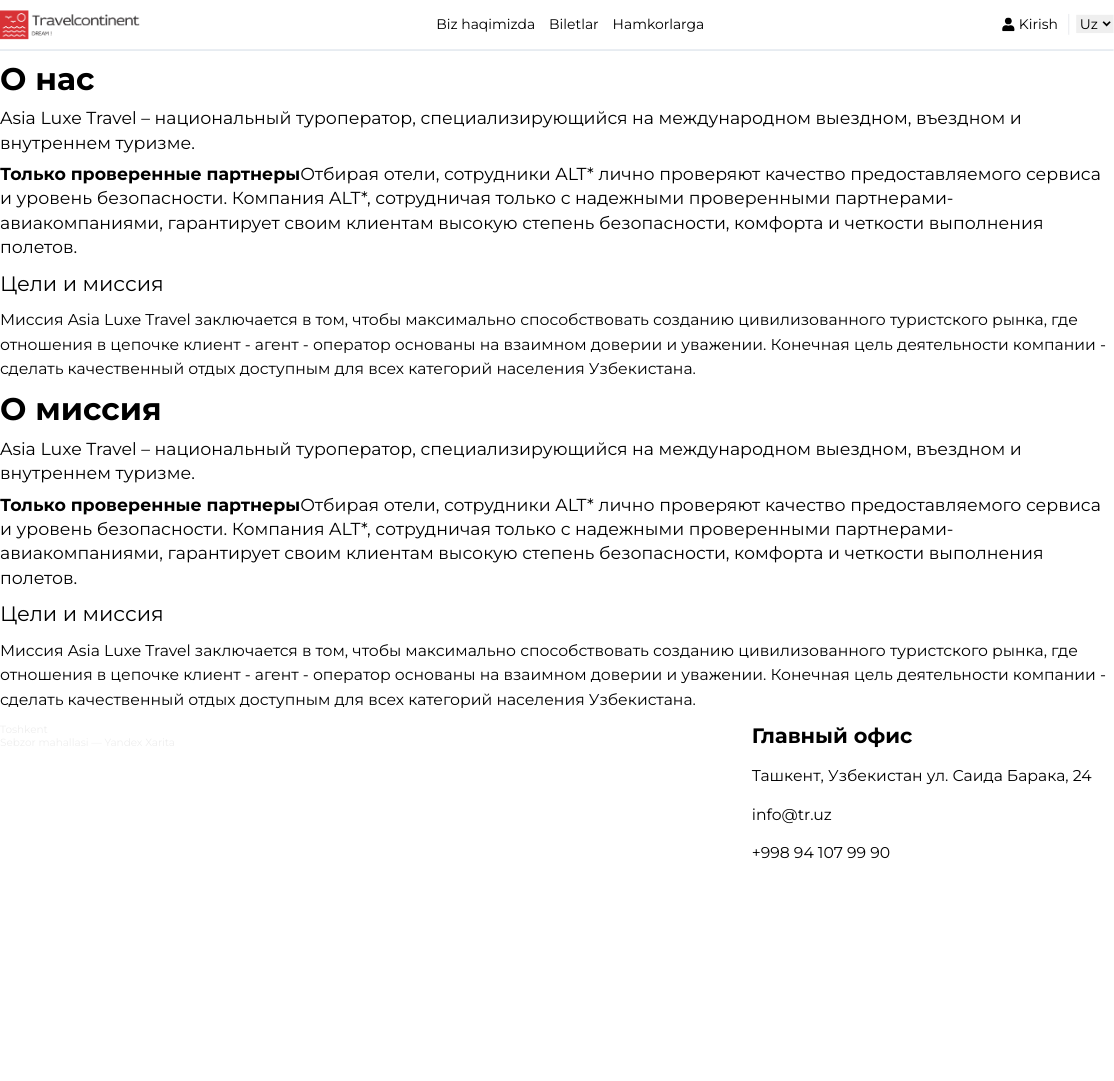
Repository: ziyodbek0300/avia-sales_
Page: /about-us
These files come from the project's save history. The page is drawn as it stood at one moment and after the next save; the edit follows.
The browser window is 1280 px wide. The pictures show the whole page, at 87% of full size.
The project was rebuilt for these pictures with package versions that can differ from the ones it lists, and the page was loaded fresh each time. Also part of the build but not shown: src/containers/home/Home.jsx.

Above is the page before, as saved 2022-06-04 00:53:44.

After the next save:
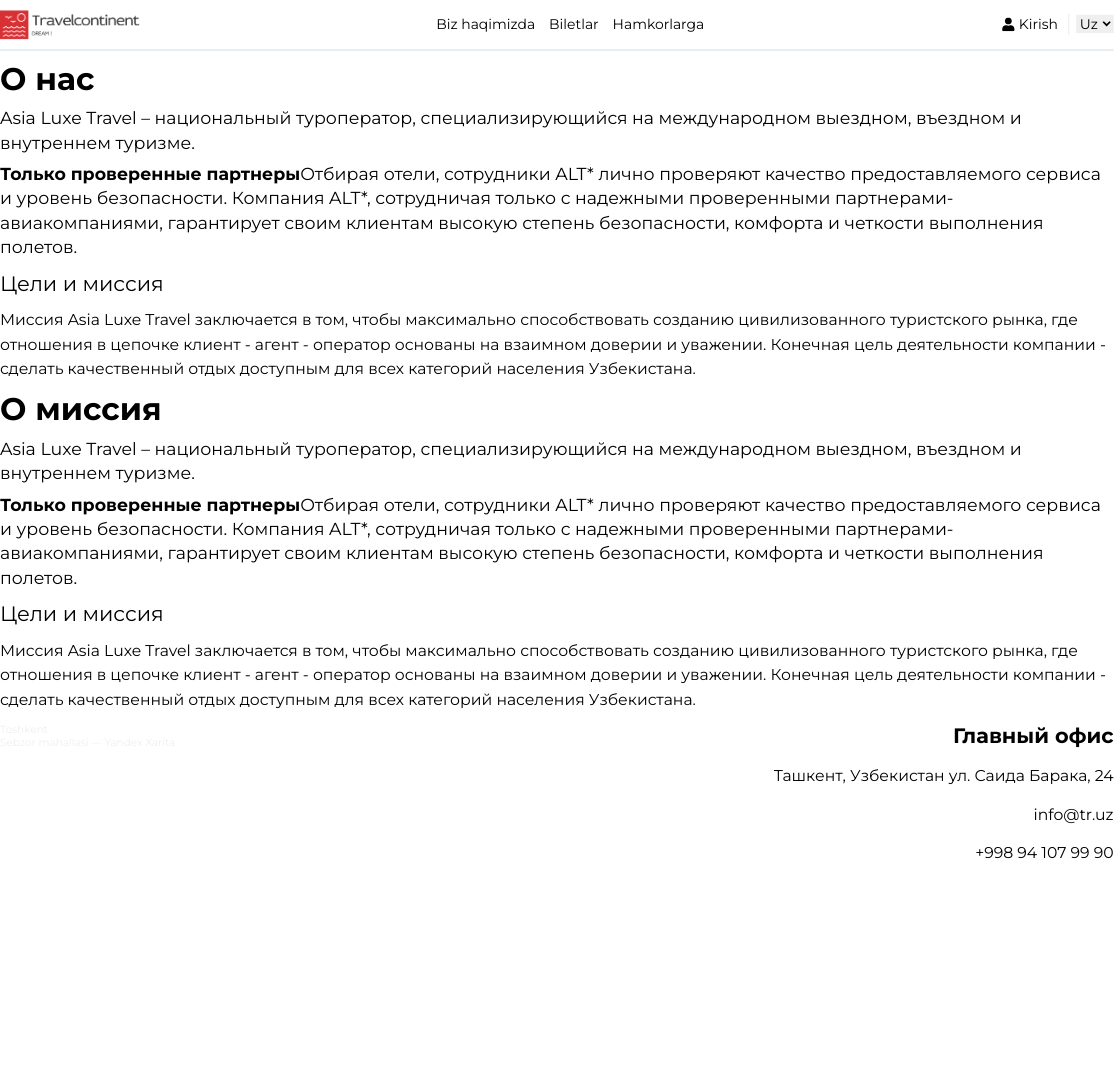
Saved 6 s later.
--- a/src/containers/about/About.jsx
+++ b/src/containers/about/About.jsx
@@ -33,7 +33,7 @@
             </div>
             <div className='my-3 grid grid-cols-3 gap-4'>
                 <div className='col-start-1 col-end-3 w-full' style={{ position: "relative", overflow: "hidden" }}><a className='w-full' href="https://yandex.com/maps/10335/tashkent/?utm_medium=mapframe&utm_source=maps" style={{ color: "#eee", fontSize: "12px", position: "absolute", top: "0px" }}>Toshkent</a><a href="https://yandex.com/maps/10335/tashkent/?ll=69.252730%2C41.330730&mode=whatshere&utm_medium=mapframe&utm_source=maps&whatshere%5Bpoint%5D=69.248940%2C41.333729&whatshere%5Bzoom%5D=14.18&z=14.18" style={{ color: "#eee", fontSize: "12px", position: "absolute", top: "14px" }} className="w-full">Sebzor mahallasi — Yandex Xarita</a><iframe className='w-full' src="https://yandex.com/map-widget/v1/-/CCUJu-CGwD" width="560" height="400" frameBorder="1" allowFullScreen={true} style={{ position: "relative" }}></iframe></div>
-                <div className='flex flex-col gap-4'>
+                <div className='flex flex-col gap-4 text-right'>
                     <p className='text-2xl font-bold'>Главный офис</p>
                     <p className='text-lg'>Ташкент, Узбекистан ул. Саида Барака, 24</p>
                     <p className='text-lg'>info@tr.uz</p>
